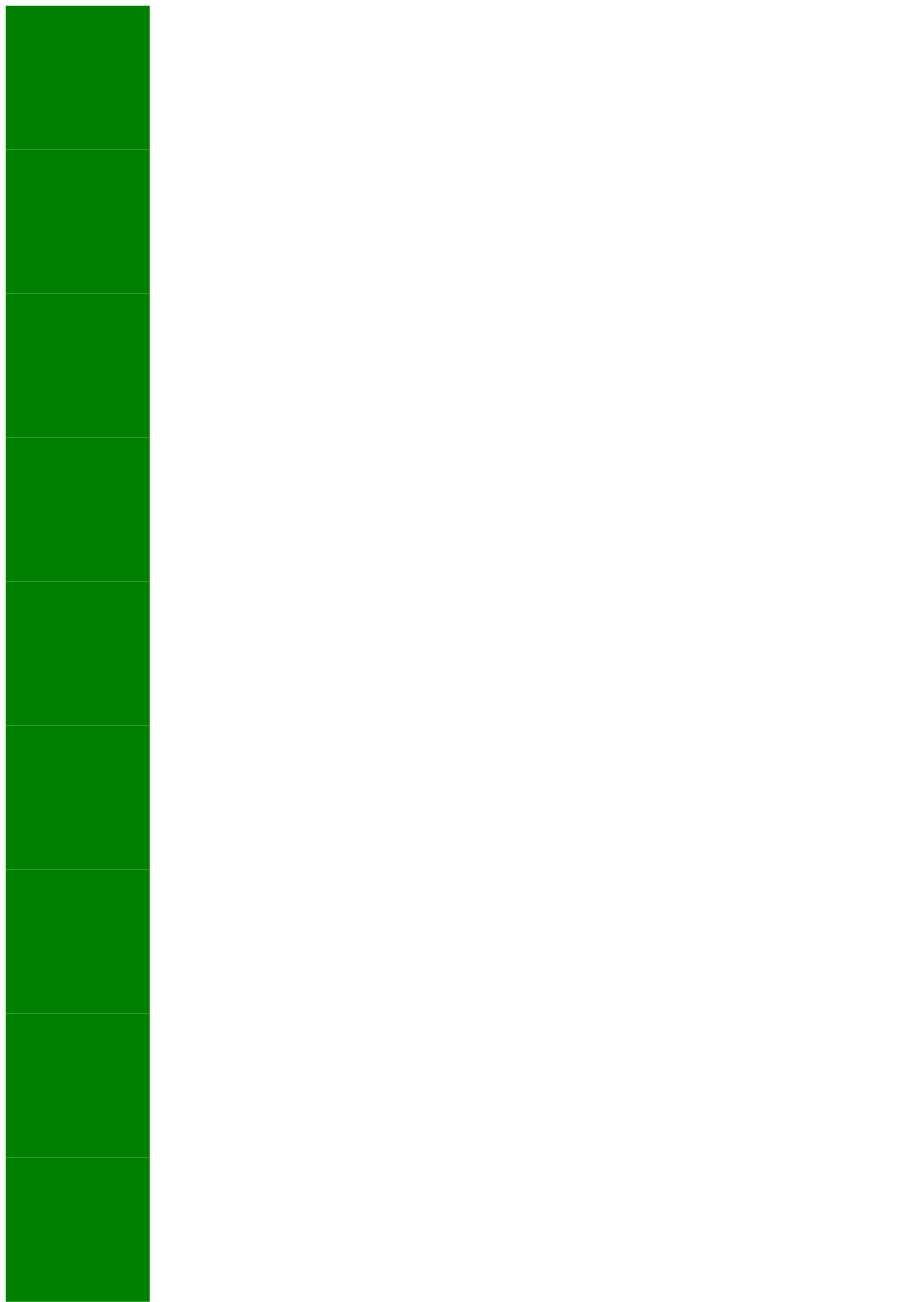
Repository: Hcmwebs/jsInbuiltMethod
Page: tic-tac-toe/index.html
An editor plug-in stored every save of this project. The page is shown before and after the next save, followed by the edit.
The browser window is 1280 px wide. The pictures show the whole page, at 72% of full size.

Above is the page before, as saved 2020-11-20 15:47:41.

### tic-tac-toe/index.html
<!DOCTYPE html>
<html lang="en">
  <head>
    <meta charset="UTF-8" />
    <meta name="viewport" content="width=device-width, initial-scale=1.0" />
    <title>Tic Tac Toe</title>
    <link rel="stylesheet" href="style.css" />
  </head>
  <body>
    <div class="grid">
      <div></div>
      <div></div>
      <div></div>
      <div></div>
      <div></div>
      <div></div>
      <div></div>
      <div></div>
      <div></div>
    </div>
  </body>
</html>

### tic-tac-toe/style.css
div{
  width: 200px;
  height: 200px;
  background-color: green;
}

After the next save:
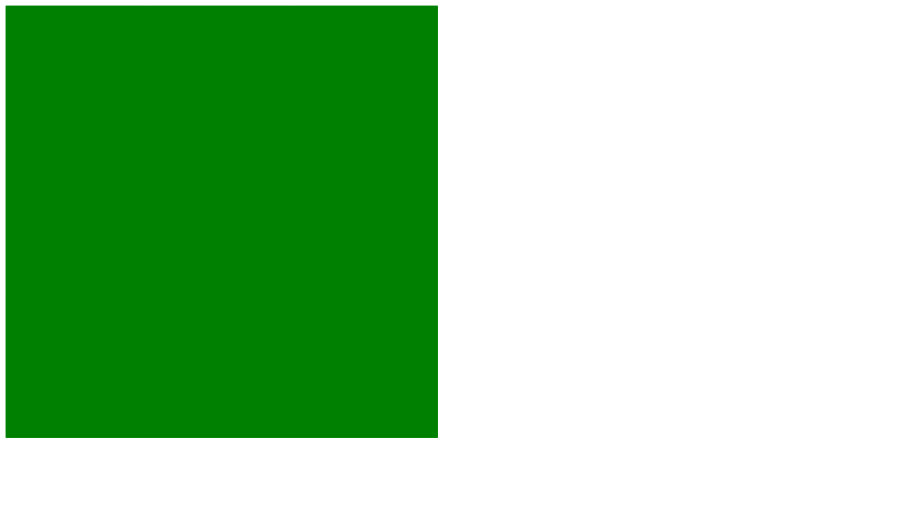
Saved 79 s later.
--- a/tic-tac-toe/style.css
+++ b/tic-tac-toe/style.css
@@ -1,3 +1,12 @@
+.grid{
+  width: 600px;
+  height: 600px;
+  display: flex;
+  flex-wrap: wrap;
+}
+
+
+
 div{
   width: 200px;
   height: 200px;
